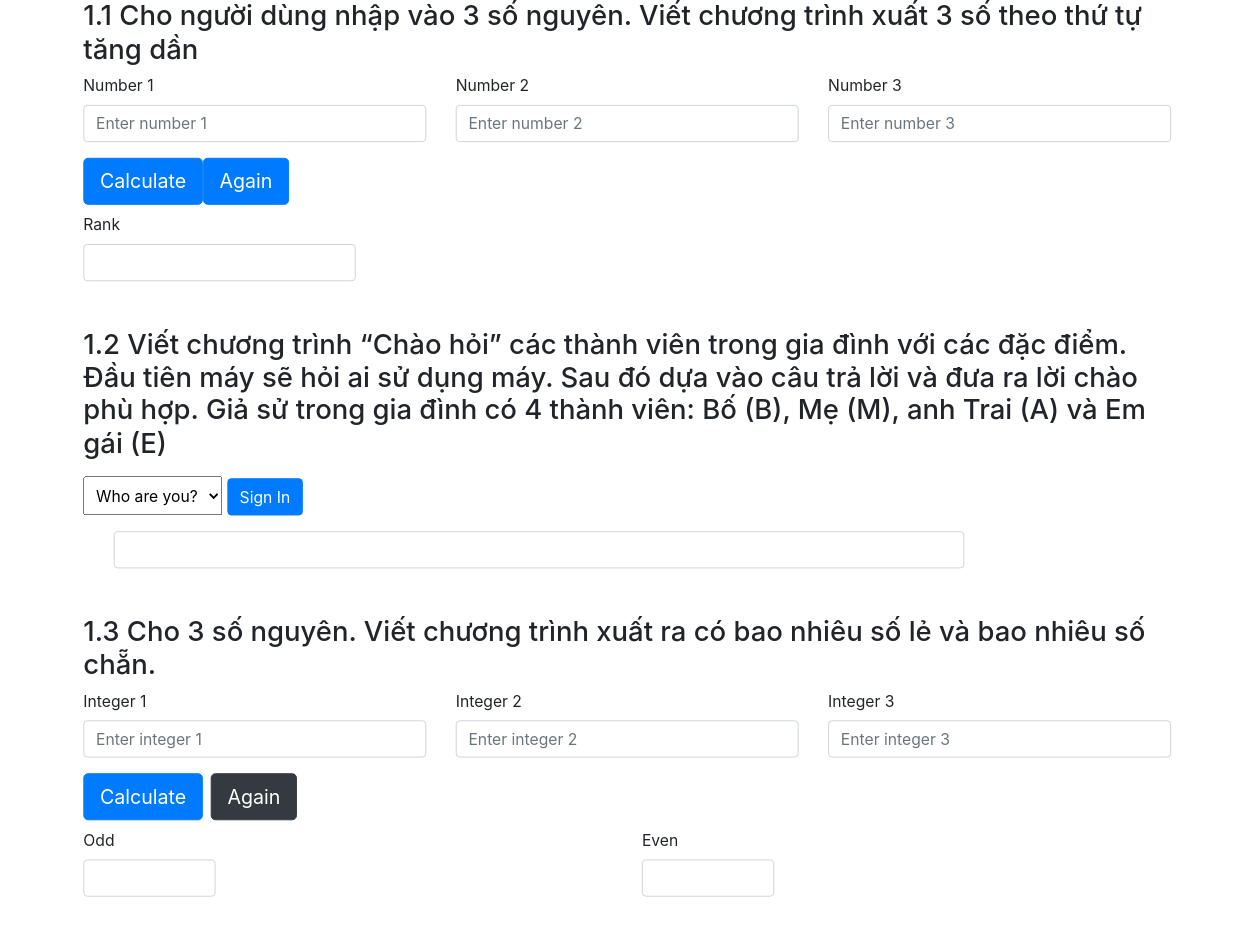
Repository: baobaodeveloper/bootscamp21__jsbasic__HuynhAnhBao
Page: index.html
The author's editor kept a copy of each file at every save. The page is drawn from the files as they stood at one save, then again after the next save.
The browser window is 1280 px wide. The pictures show the whole page, at 98% of full size.

Above is the page before, as saved 2022-03-10 19:11:45.

After the next save:
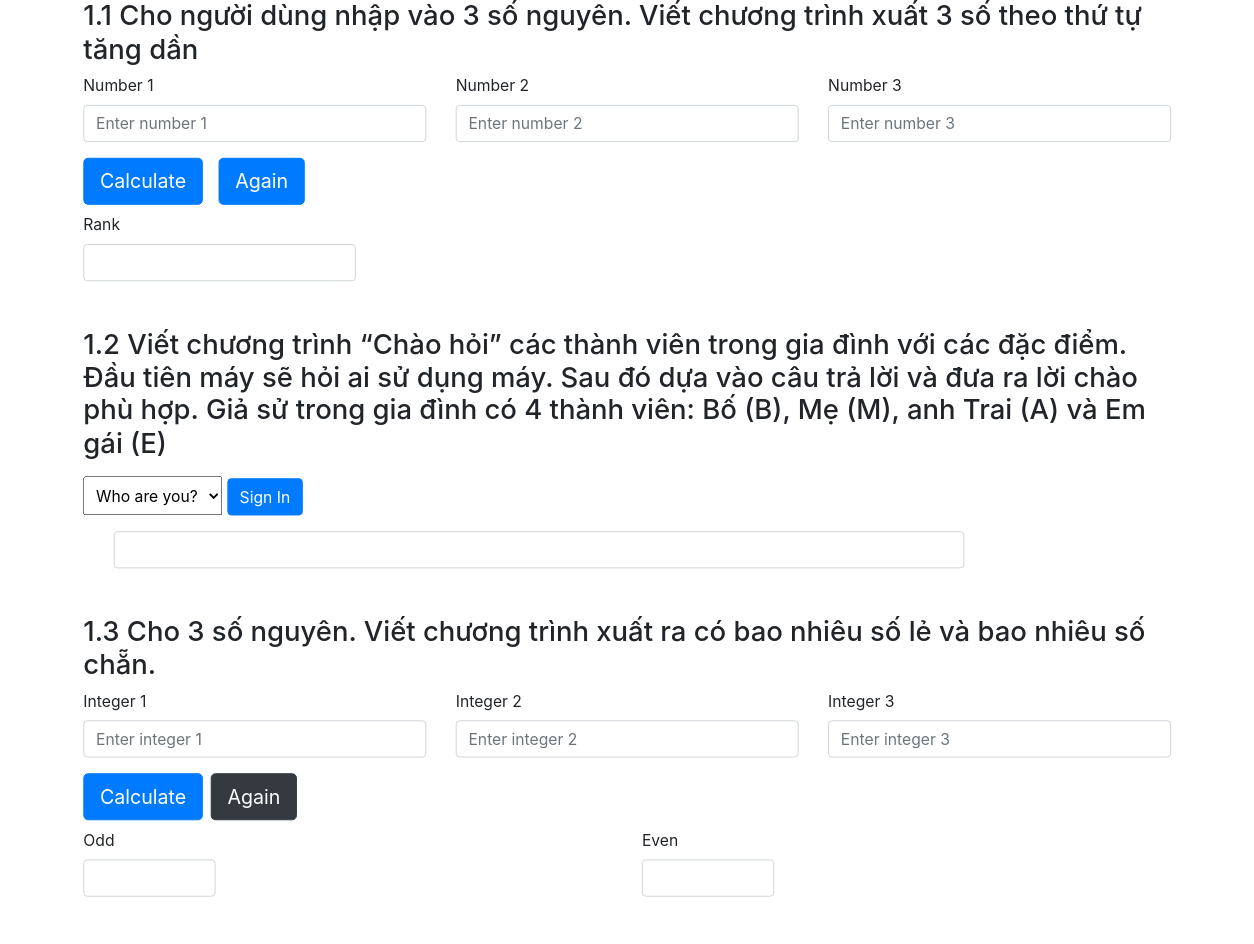
Saved 32 s later.
--- a/index.html
+++ b/index.html
@@ -55,7 +55,7 @@
       <div class="d-flex">
         <button
           type="button "
-          class="btn btn-primary btn-lg mt-3 mb-2 btn-rank"
+          class="btn btn-primary btn-lg mt-3 mb-2 btn-rank mr-3"
         >
           Calculate
         </button>
